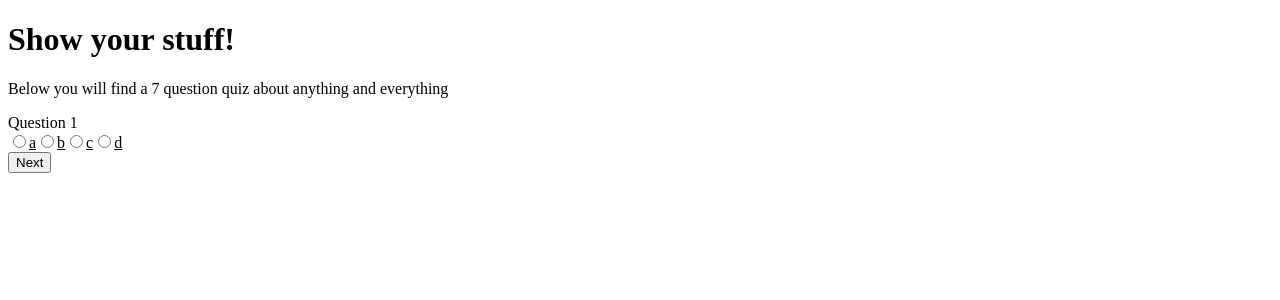
Repository: wsbrunson/Simple-Javascript-Quiz
Page: index.html
The author's editor kept a record of every edit. The page is drawn from the files as they stood at one moment, then again after the next edit.
The browser window is 1280 px wide. The pictures show the whole page.

Above is the page before.

### index.html
<!DOCTYPE html>
<html>
<head>
    <title>Quiz time!</title>
    <link rel="stylesheet" type="text/css" href="stylesheet.css">
</head>

<body>
    <h1>
        Show your stuff!
    </h1>
    <p>
        Below you will find a 7 question quiz about anything and everything
    </p>
    <div id="quiz">

    </div>
    <input type='button' value='Next' id='next-button'></input>

    <script src="scripts/jquery-2.1.3.min.js"></script>
    <script src="scripts/app.js"></script>
</body>

</html>

### stylesheet.css
input {
    display: inline;
}

.radio-label {
    display: inline-block;
    text-decoration: underline;
}

### scripts/app.js
var allQuestions = [{question: "Question 1",
                     choices: ["a",
                               "b",
                               "c",
                               "d"],
                     correctAnwser: 2
                    },
                    {question: "Question 2",
                     choices: ["1",
                               "2",
                               "3",
                               "4"],
                     correctAnswer: 0
                    },
                    {question: "Question 3",
                     choices: ["z",
                               "y",
                               "x",
                               "w"],
                     correctAnswer: 1
                    }
                    ];

$(document).ready(function() {

    //Load first quiz question
    var questionsIndex = 0;


    var printQuizQuestions = function() {
        var pathToQuestion = allQuestions[questionsIndex].question,
            pathToChoices = allQuestions[questionsIndex].choices,
            questionTag = "<div class='question'>" + pathToQuestion + "</div>";

        $('#quiz').append(questionTag);

        for(var i = 0, x = pathToChoices.length; i < x; i++) {
            var choicesTag = "<label class='radio-label'><input type='radio' name='quiz-radio-button' value='" + pathToChoices[i] + "'>" +  pathToChoices[i] + "</label>";
            $('#quiz').append(choicesTag);
        }
    };

    printQuizQuestions();

    //Next button
    $('#next-button').click(function() {
        $('.question').hide();
        $('.radio-label').hide();

        questionsIndex++;

        if(questionsIndex < allQuestions.length) {
            printQuizQuestions();
        }

        else {
            $('#next-button').hide();
            $('#quiz').append("<p>You're total score is: </p>");
        }
    });
});

Loaded but not shown: scripts/jquery-2.1.3.min.js (library)

After the next edit:
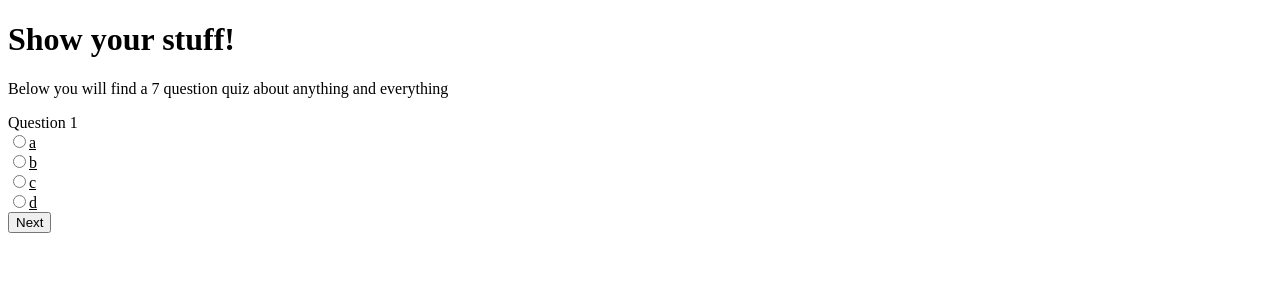
The edit:
--- a/stylesheet.css
+++ b/stylesheet.css
@@ -3,6 +3,6 @@
 }
 
 .radio-label {
-    display: inline-block;
+    display: block;
     text-decoration: underline;
 }
